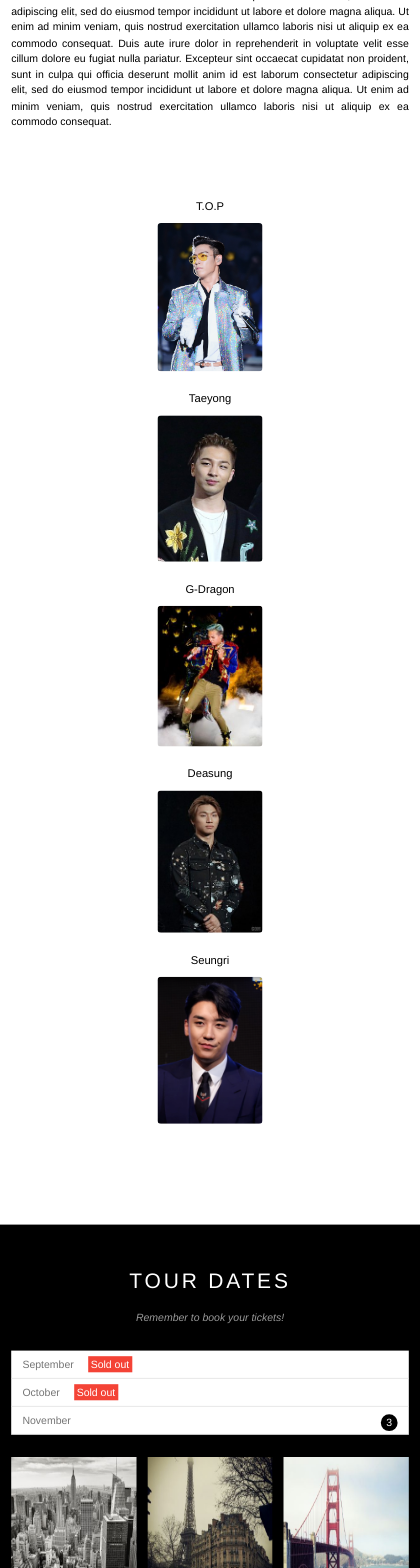
Repository: ThinhTran2k/BigBang-Band-Website
Page: index.html
The author's editor kept a copy of each file at every save. The page is drawn from the files as they stood at one save, then again after the next save.
The browser window is 600 px wide. The pictures show the part of the page from y = 528 to 2768 px (the page is 4096 px tall before and 4058 px after), at 70% of full size.

Above is the page before, as saved 2021-03-16 17:06:05.
Console error: TypeError: Cannot set properties of undefined (setting 'onclick')

### index.html
<!DOCTYPE html>
<html lang="en">
<head>
    <meta charset="UTF-8">
    <meta http-equiv="X-UA-Compatible" content="IE=edge">
    <meta name="viewport" content="width=device-width, initial-scale=1.0">
    <title>Brand</title>
    <link rel="icon" href="asset/img/favicon.png" type="image/x-icon" />
    <link rel="stylesheet" href="./asset/css/style.css">
    <link rel="stylesheet" href="./asset/css/responsive.css">
    <link rel="stylesheet" href="./asset/font/themify-icons/themify-icons.css">
</head>
<body>
    <div class="wrapper">
        <div class="header">
            <!-- Navigation -->
            <ul class="nav">
                <li><a href="#">Home</a></li>
                <li><a href="#band">Band</a></li>
                <li><a href="#tour">Tour</a></li>
                <li><a href="#contact">Contact</a></li>
                <li>
                    <a href="#">
                        More
                        <i class="nav-arrow-icon ti-angle-down"></i>
                    </a>
                    <ul class="subnav">
                        <li><a href="#">Merchandise</a></li>
                        <li><a href="#">Extras</a></li>
                        <li><a href="#">Media</a></li>
                    </ul>
                </li>
            </ul>

            <!-- Search -->
            <div class="header__search">
                <i class="header__search-icon ti-search"> </i>
            </div>

            <div class="mobi-menu-responsive">
                <i class="menu-icon ti-menu"></i>
            </div>
        </div>

        <div class="slider">
            <div class="text-content">
                <h2 class="text-heading">New York</h2>
                <div class="text-description">The atmosphere in New York is lorem ipsum.</div>
            </div>
        </div>

        <div class="content" >
            <div class="content-section" id="band">
                <h2 class="section-heading">THE BAND</h2>
                <p class="section-subheading">We love music</p>
                <p class="about">We have created a fictional band website. Lorem ipsum dolor sit amet, consectetur adipiscing elit, sed do eiusmod tempor
                incididunt ut labore et dolore magna aliqua. Ut enim ad minim veniam, quis nostrud exercitation ullamco laboris nisi ut
                aliquip ex ea commodo consequat. Duis aute irure dolor in reprehenderit in voluptate velit esse cillum dolore eu fugiat
                nulla pariatur. Excepteur sint occaecat cupidatat non proident, sunt in culpa qui officia deserunt mollit anim id est
                laborum consectetur adipiscing elit, sed do eiusmod tempor incididunt ut labore et dolore magna aliqua. Ut enim ad minim
                veniam, quis nostrud exercitation ullamco laboris nisi ut aliquip ex ea commodo consequat.
                </p>

                <div class="row member-list member-list-resp">
                    <div class="member-item member-item-resp">
                        <p class="member-name">T.O.P</p>
                        <img src="./asset/img/T.O.P.jpg" alt="name" class="member-img">
                    </div>
                    <div class="member-item member-item-resp">
                        <p class="member-name">Taeyong</p>
                        <img src="./asset/img/Taeyong.jpg" alt="name" class="member-img">
                    </div>
                    <div class="member-item member-item-resp">
                        <p class="member-name">G-Dragon</p>
                        <img src="./asset/img/G-dragon.jpg" alt="name" class="member-img">
                    </div>
                    <div class="member-item member-item-resp">
                        <p class="member-name">Deasung</p>
                        <img src="./asset/img/Deasung.jpg" alt="name" class="member-img">
                    </div>
                    <div class="member-item member-item-resp">
                        <p class="member-name">Seungri</p>
                        <img src="./asset/img/Seung-hyun.png" alt="name" class="member-img">
                    </div>
                </div>
            </div>
            <div class="content-section--black" id="tour">
                <div class="content-section">
                    <h2 class="section-heading text-white">TOUR DATES</h2>
                    <p class="section-subheading text-white">Remember to book your tickets!</p>
                    <!-- Tickets -->
                    <ul class="tickets-list">
                        <li>September <span class="sold-out">Sold out</span></li>
                        <li>October <span class="sold-out">Sold out</span></li>
                        <li>November <span class="quantity">3</span></li>
                    </ul>
                    <!-- Places -->
                    <div class="row place-list">
                        <div class="col col-third">
                            <img src="./asset/img/newyork.jpg" alt="place" class="place-img">
                            <div class="place-content">
                                <h3 class="place-heading">New York</h3>
                                <p class="place-time">Fri 27 Nov 2016</p>
                                <p class="place-desc">Praesent tincidunt sed tellus ut rutrum sed vitae justo.</p>
                                <a href="#" class="place-buy-btn">Buy Tickets</a>
                            </div>
                        </div>
                        <div class="col col-third">
                            <img src="./asset/img/paris.jpg" alt="place" class="place-img">
                            <div class="place-content">
                                <h3 class="place-heading">Paris</h3>
                                <p class="place-time">Sat 28 Nov 2017</p>
                                <p class="place-desc">Praesent tincidunt sed tellus ut rutrum sed vitae justo.</p>
                                <a href="#" class="place-buy-btn">Buy Tickets</a>
                            </div>
                        </div>
                        <div class="col col-third">
                            <img src="./asset/img/sanfran.jpg" alt="place" class="place-img">
                            <div class="place-content">
                                <h3 class="place-heading">San Fancisco</h3>
                                <p class="place-time">Sun 29 Nov 2018</p>
                                <p class="place-desc">Praesent tincidunt sed tellus ut rutrum sed vitae justo.</p>
                                <a href="#" class="place-buy-btn">Buy Tickets</a>
                            </div>
                        </div>
                    </div>
                </div>
            </div>
            <div class="content-section" id="contact">
                <h2 class="section-heading">CONTACT</h2>
                <p class="section-subheading">Fan? Drop a note!</p>

                <div class="row contact-content">
                    <div class="col col-half contact-infor">
                        <p><i class="ti-location-pin"></i>Chicago, US</p>
                        <p><i class="ti-mobile"></i>Phone: +00 151515/p>
                        <p><i class="ti-email"></i>Email: mail@mail.com</p>
                    </div>
                    <div class="col col-half contact-form">
                        <form action="">
                            <div class="row ">
                                <div class="col col-half">
                                    <input type="text" name="" id="" class="form-control" required placeholder="Name">
                                </div>
                                <div class="col col-half">
                                    <input type="email" name="" id="" class="form-control" required placeholder="Email">
                                </div>
                            </div>
                            <div class="row mt-8">
                                <div class="col col-full">
                                    <input type="text" name="" id="" class="form-control" required placeholder="Message">
                                </div>
                            </div>
                            <input type="submit" value="SEND" class="form-btn">
                        </form>
                    </div>
                </div>
            </div>

            <div class="map-section" >
                <img src="./asset/img/map.jpg" alt="map">
            </div>
        </div>

        <div class="footer">
            <div class="social-list">
                <a href=""><i class="ti-facebook"></i></a>
                <a href=""><i class="ti-instagram"></i></a>
                <a href=""><i class="ti-pinterest"></i></a>
                <a href=""><i class="ti-linkedin"></i></a>
                <a href=""><i class="ti-twitter-alter"></i></a>
                <a href=""><i class="ti-dropbox-alt"></i></a>
            </div>
            <p class="copyright">Powered by <a href="#">w3.css</a></p>
        </div>
    </div>

    <script>
        // Tự động thay đổi kích thước khi chọn btn menu
        var headerE = document.querySelector('.header');
        var headerHeight = headerE.clientHeight;
        var menuE = document.querySelector('.mobi-menu-responsive');
        menuE.onclick = function () {
            var status = headerE.clientHeight == headerHeight;
            if(status){
                headerE.style.height = 'auto'
            }else{
                headerE.style.height = null;
            }
        }
        // Tự động đóng khi chọn menu
        var menuItems = document.querySelectorAll('ul li a[href*="#"]');
        for(var i = 0; i<= menuItems.length; i++){
            var menuItem = menuItems[i];

            menuItem.onclick = function (e) {
                var isParentMenu = this.nextElementSibling && this.nextElementSibling.classList.contains('subnav');
                if(isParentMenu){
                    e.preventDefault();
                }else{
                    headerE.style.height = null;
                }
            }
        }


    </script>
</body>
</html>

### asset/css/style.css
/* Reset CSS */
*{
    padding: 0;
    margin: 0;
    box-sizing: border-box;
}

html {
    scroll-behavior: smooth;
    font-family: Helvetica, Arial , sans-serif;
}

/* Common css */
.text-white {
    color: #fff !important;
}
.row {
    display: flex;
    justify-content: space-between;
    margin-left: -8px;
    margin-right: -8px;
}
.col {
    padding: 0 8px;
}
.col-third {
    width: 33.33%;
}
.col-half {
    width: 50%;
}
.col-full {
    width: 100%;
}
/* end */

/* Main */
.wrapper {

}

.header {
    position: fixed;
    top: 0;
    left: 0;
    right: 0;
    z-index: 1;
    height: 46px;
    background-color: #000;
}

.nav {
    display: inline-block;
}
.nav .subnav {
    display: none;
    position: absolute;
    top: 100%;
    left: 0;
    min-width: 160px;
    background-color: #fff;
    box-shadow: 0 0 10px rgba(0, 0, 0, 0.3);
}
.nav, .subnav {
    list-style: none;
}
.nav .subnav li:hover, .nav > li:hover > a {
    color: #000;
    background-color: #ccc;
}
.nav .subnav a {
    line-height: 38px;
    padding: 0 16px;
    color: #000;
}

.nav li:hover .subnav {
    display: block;
}
.nav > li {
    display: inline-block;
}
.nav > li > a {
    text-transform: uppercase;
    color: #fff;
}
.nav li{
    position: relative;
}
.nav li a {
    display: block;
    cursor: pointer;
    padding: 0 24px;
    line-height: 46px;
    text-decoration: none;
}
.nav-arrow-icon {
    font-size: 14px;
}

.mobi-menu-responsive {
    position: absolute;
    top: 0;
    right: 0;
}
.header .header__search,
.header .mobi-menu-responsive {
    display: none;
    float: right;
    padding: 0 21px;
    line-height: 46px;
}
.header .header__search:hover {
    cursor: pointer;
    background-color: #f44336;
}
.header .mobi-menu-responsive:hover {
    background-color: #ccc;
}
.header .menu-icon:hover {
    color: #000;
}
.header .menu-icon,
.header__search-icon {
    color: #fff;
    font-size: 20px;
}

.slider {
    position: relative;
    margin-top: 46px;
    padding-top: 50%;
    background-image: url('/asset/img/slider2.jpg');
    background-size: cover;
    background-repeat: no-repeat;
    background-position: top center;
}
.text-content {
    position: absolute;
    color: #fff;
    bottom: 48px;
    left: 50%;
    transform: translateX(-50%);
    text-align: center;
}
.text-heading {
    font-weight: 500;
}
.text-description {
    padding-top: 15px;
}


.content {

}
.content-section {
    width: 800px;
    max-width: 100%;
    margin: 0 auto;
    padding: 64px 16px 112px;
}
.section-heading {
    font-weight: 500;
    font-size: 30px;
    text-align: center;
    letter-spacing: 4px;
}
.section-subheading {
    font-size: 15px;
    text-align: center;
    margin-top: 25px;
    font-style: italic;
    opacity: 0.6;
}
.about {
    margin-top: 25px;
    font-size: 15px;
    text-align: justify;
    line-height: 1.5;
}
.member-list {
    margin-top: 38px;
    padding: 32px 0;
}
.member-item {
    display: flex;
    flex-direction: column;
    align-items: center;
    justify-content: center;
    width: 20%;
}
.member-item .member-name {
    margin-bottom: 15px;
}
.member-item .member-img {
    border-radius: 5px;
    width: 150px;
    object-fit: contain;
}
.content-section--black {
    background-color: #000;
}
.tickets-list {
    list-style: none;
    margin-top: 40px;
    background-color: #fff;
}
.tickets-list li {
    color: #757575;
    font-size: 15px;
    padding: 11px 16px;
    border-bottom: 1px solid #ddd;
}
.sold-out {
    background-color: #f44336;
    padding: 3px 4px;
    color: #fff;
    margin-left: 16px;
}
.quantity {
    float: right;
    width: 24px;
    height: 24px;
    line-height: 24px;
    text-align: center;
    border-radius: 50%;
    background-color: #000;
    color: #fff;
}
.place-list {
    /* kĩ thuật căn lề trái vs lề phải */
    margin-top: 32px;
}
.place-img {
    display: block;
    width: 100%;
    height: 190px;
}
.place-img:hover { opacity: 0.6;}
.place-content {
    font-size: 15px;
    padding: 16px;
    background-color: #fff;
}
.place-heading {
    font-size: 15px;
    font-weight: 600;
}
.place-time {
    color: #757575;
    margin-top: 15px;
}
.place-desc {
    margin-top: 15px;
}
.place-buy-btn {
    display: inline-block;
    color: #fff;
    background-color: #000;
    padding: 11px 16px;
    margin-top: 15px;
    text-decoration: none;
}
.place-buy-btn:hover {color: #000; background-color: #ccc;}
/* Contact Form */
.contact-content {
    margin-top: 48px;
}
.contact-infor {
    font-size: 18px;
    line-height: 1.5;
}
.contact-infor i[class*="ti-"] { width: 30px; display: inline-block;}
.contact-form {
    font-size: 15px;
}
.form-control {
    padding: 10px;
    border: 1px solid #ccc;
    width: 100%;
}
.mt-8 {
    margin-top: 8px;
}
.form-btn {
    display: block;
    margin-left: auto;
    margin-top: 16px;
    margin-bottom: 16px;
    padding: 12px 16px;
    text-align: right;
    border:none;
    color: #fff;
    background-color: #000;
}
.form-btn:hover { background-color: #ccc; cursor: pointer;color: #000;}
/* Map */
.map-section img {
    width: 100%;
}

.footer {
    padding: 64px 16px;
    text-align: center;
}
.footer .social-list {
    font-size: 24px;
}
.footer .social-list a {text-decoration: none; color: rgba(0, 0, 0, 0.6);}
.footer .social-list a:hover ,.footer .copyright a:hover { color: rgba(0, 0, 0, 0.4);}
.footer .copyright {
    margin-top: 15px;
    font-size: 15px;
    color: rgba(0, 0, 0, 0.6);
}
.footer .copyright a {
    color: rgba(0, 0, 0, 0.6);
}

### asset/css/responsive.css
/* Mobile */
@media (max-width: 740px) {
    .header .header__search {
        display: none;
    }
    .header .mobi-menu-responsive {
        display: block;
    }
    .header {
        overflow: hidden;
    }
    .nav > li {
        display: block;
    }
    .nav .subnav {
        position: initial;
        background-color: #333;
    }
    .nav .subnav a {
        color: #fff;
        padding: 5px 40px;
    }
    .nav {
        display: block;
    }
    .nav > li:first-child {
        display: inline-block;
    }
    .member-list-resp {
        display: block;
        mar
    }
    .member-item-resp {
        padding-top: 30px;
        width: 100%;
    }
}

Loaded but not shown: asset/font/themify-icons/themify-icons.css (common file)

After the next save:
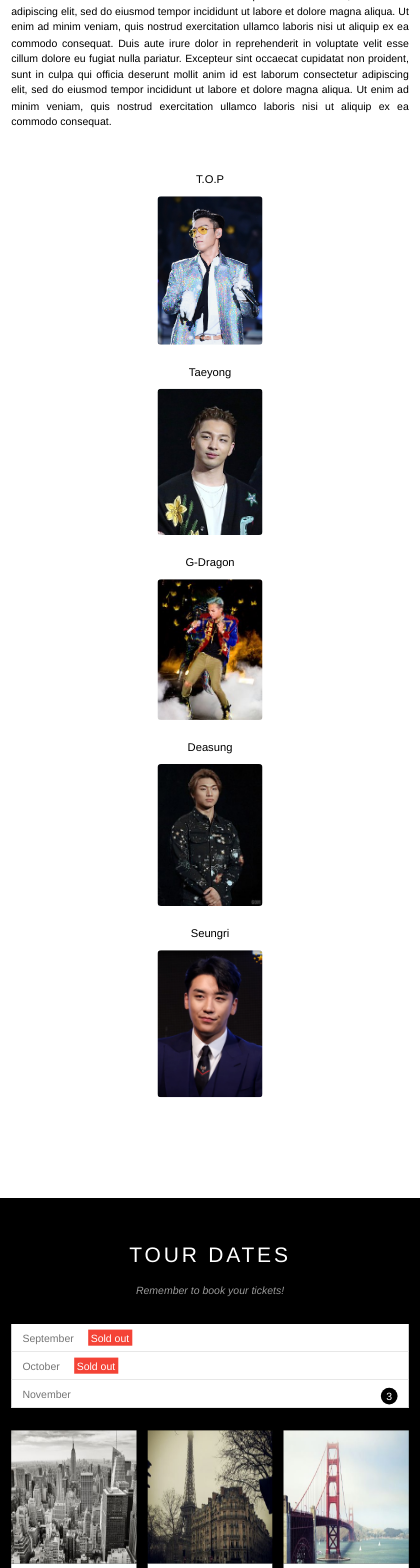
Saved 4 s later.
--- a/asset/css/responsive.css
+++ b/asset/css/responsive.css
@@ -28,7 +28,7 @@
     }
     .member-list-resp {
         display: block;
-        mar
+        margin-top: 0;
     }
     .member-item-resp {
         padding-top: 30px;
